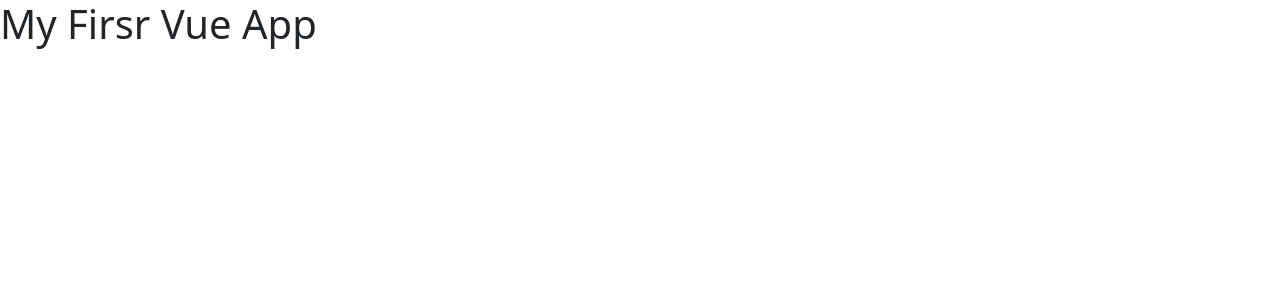
Repository: feyroozecode/intro-vue3-app
Page: index.html
An editor plug-in stored every save of this project. The page is shown before and after the next save, followed by the edit.
The browser window is 1280 px wide. The pictures show the whole page.

Above is the page before, as saved 2023-08-13 10:16:48.

### index.html
<!DOCTYPE html>
<html lang="en">
<head>
    <meta charset="UTF-8">
    <meta name="viewport" content="width=device-width, initial-scale=1.0">
    <title>VueJs 3</title>
    <link href="https://cdn.jsdelivr.net/npm/bootstrap@5.3.1/dist/css/bootstrap.min.css" rel="stylesheet" />
    <script src="https://unpkg.com/vue@3/dist/vue.global.js"></script>
</head>

<style>

</style>

<body>

    <div id="app">

        <h1> {{ title }} </h1>

    </div>

    <script>
        const { createApp, ref } = Vue;

        const App = createApp({
            setup() {
                const title = ref('Hello World');
                return {
                    title: "My Firsr Vue App",

                }
            }
        });
        App.mount('#app');
    </script>

</body>


</html>

After the next save:
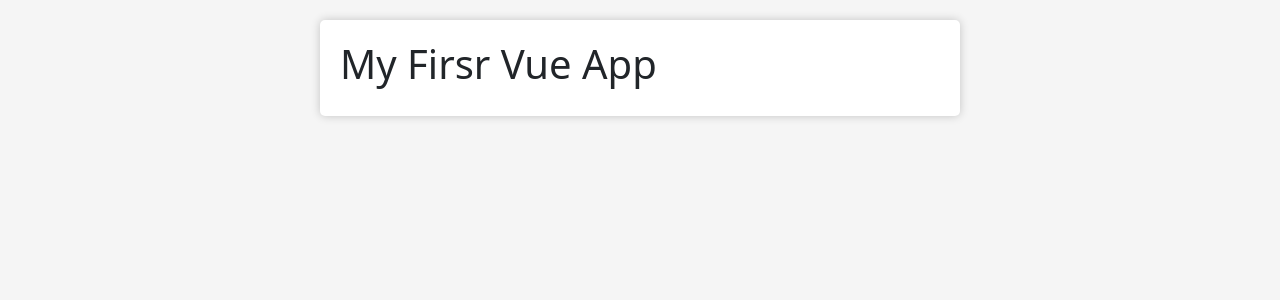
Saved 6 s later.
--- a/index.html
+++ b/index.html
@@ -9,7 +9,17 @@
 </head>
 
 <style>
-
+    body {
+        background-color: #f5f5f5;
+    }
+    #app {
+        background-color: #fff;
+        border-radius: 5px;
+        padding: 20px;
+        margin: 20px auto;
+        width: 50%;
+        box-shadow: 0 0 10px rgba(0,0,0,0.2);
+    }
 </style>
 
 <body>
